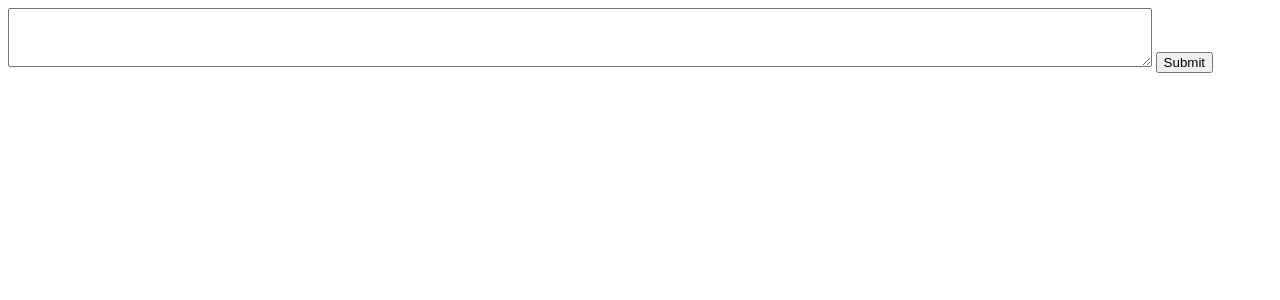
Repository: pixman92/Sounds-per-Letter
Page: index.html
The author's editor kept a copy of each file at every save. The page is drawn from the files as they stood at one save, then again after the next save.
The browser window is 1280 px wide. The pictures show the whole page.

Above is the page before, as saved 2020-04-29 12:52:57.

### index.html
<!DOCTYPE html>
<html>
<head>
    <meta charset='utf-8'>
    <meta http-equiv='X-UA-Compatible' content='IE=edge'>
    <title>Sounds Per Letter</title>
    <meta name='viewport' content='width=device-width, initial-scale=1'>
    <!-- <link rel='stylesheet' type='text/css' media='screen' href='main.css'> -->
    <script src='script.js'></script>
    <script src="howler.js"></script>

    <style>
        #toBeParsed{
            width: 90%;
            height: 4em;
        }
    </style>

</head>
<body>

    <textarea id="toBeParsed"></textarea>
    <button id="parseMe">Submit</button>
</body>
</html>

### script.js
window.onload = ()=>{
  var alphabet =   ["a", "b", "c", "d", "e", "f", "g", "h", "i", "j", "k", "l", "m", "n", "o", "p", "q", "r", "s", "t", "u", "v", "w", "x", "y", "z"];


    if(localStorage.getItem('savedText')){
        document.getElementById('toBeParsed').value = localStorage.getItem('savedText')
    }

    document.getElementById('parseMe').addEventListener('click', ()=>{
        localStoreText();
        splitMe(document.getElementById('toBeParsed').value);
    });


//   var soundPath = './Sounds/Sound-Effects/shortSounds/';
//   var arrayOfSounds = ["AirGunDrill_S08IN.25.wav", "ArrowImpactHuman_S08WA.4.4", "BloodGutsSpill_S08HO.3", "BulletFlyBy_S08WA.18.wav", "BulletFlyBy_S08WA.22.wav", "CatMeow_S08AN.44.wav", "DropSingleDrip_S08WR.47.wav", "DropSingleDrip_S08WR.49.wav", "FireballBurst_S08FI.28.wav", "FleshStab_S08HO.100.wav", "GolfClubSwing_S08SP.410.wav", "HumanGrunt_S08HU.271.wav", "HumanGrunt_S08HU.286.wav", "HumanKiss_S08HU.312.wav", "HumanSigh_S08HU.455.wav", "HumanSlurp_S08HU.465.wav", "ImpactGlass_S08IM.303.wav", "ImpactHumanBody_S08IM.327.wav", "ImpactHumanHit_S08IM.330.wav", "ImpactHumanSmack_S08IM.336.wav", "PinballBumper_S08SP.564.wav", "PinballBumper_S08SP.566.wav", "PREL_HIT WARBLE_PO01.238.wav", "SciFiLaser_S08SF.357.wav", "SciFiWhoosh_S08SF.1684.wav", "SemiTruckHorn_S08IN.866.wav"];


}

autoUnlock = true;


function playMeNow(letter){
    var arrayOfSounds = ["AirGunDrill_S08IN.25.wav", "ArrowImpactHuman_S08WA.4.4", "BloodGutsSpill_S08HO.3", "BulletFlyBy_S08WA.18.wav", "BulletFlyBy_S08WA.22.wav", "CatMeow_S08AN.44.wav", "DropSingleDrip_S08WR.47.wav", "DropSingleDrip_S08WR.49.wav", "FireballBurst_S08FI.28.wav", "FleshStab_S08HO.100.wav", "GolfClubSwing_S08SP.410.wav", "HumanGrunt_S08HU.271.wav", "HumanGrunt_S08HU.286.wav", "HumanKiss_S08HU.312.wav", "HumanSigh_S08HU.455.wav", "HumanSlurp_S08HU.465.wav", "ImpactGlass_S08IM.303.wav", "ImpactHumanBody_S08IM.327.wav", "ImpactHumanHit_S08IM.330.wav", "ImpactHumanSmack_S08IM.336.wav", "PinballBumper_S08SP.564.wav", "PinballBumper_S08SP.566.wav", "PREL_HIT WARBLE_PO01.238.wav", "SciFiLaser_S08SF.357.wav", "SciFiWhoosh_S08SF.1684.wav", "SemiTruckHorn_S08IN.866.wav"];
    var soundPath = './Sounds/Sound-Effects/shortSounds/';

    if(letter=='a'){
        var soundA = new Howl({
            src: [soundPath + arrayOfSounds[0]]
        });

        var idA = soundA.play();
    }

    if(letter=='b'){
        var soundB = new Howl({
            src: [soundPath + arrayOfSounds[1]]
        });
        var idB = soundB.play();

    }

    if(letter=='c'){
        var soundC = new Howl({
            src: [soundPath + arrayOfSounds[2]]
        });
        var idC = soundC.play();

    }
    if(letter=='d'){
        var soundD = new Howl({
            src: [soundPath + arrayOfSounds[3]]
        });
        var idD = soundD.play();

    }
    if(letter=='e'){
        var soundE = new Howl({
            src: [soundPath + arrayOfSounds[4]]
        });
        var idE = soundE.play();

    }
    if(letter=='f'){
        var soundF = new Howl({
            src: [soundPath + arrayOfSounds[5]]
        });
        var idF = soundF.play();

    }
    if(letter=='g'){
        var soundG = new Howl({
            src: [soundPath + arrayOfSounds[6]]
        });
        var idG = soundG.play();

    }
    if(letter=='h'){
        var soundH = new Howl({
            src: [soundPath + arrayOfSounds[7]]
        });
        var idH = soundH.play();

    }
    if(letter=='i'){
        var soundI = new Howl({
            src: [soundPath + arrayOfSounds[8]]
        });
        var idI = soundI.play();

    }
    if(letter=='j'){
        var soundJ = new Howl({
            src: [soundPath + arrayOfSounds[9]]
        });
        var idJ = soundJ.play();

    }
    if(letter=='k'){
        var soundK = new Howl({
            src: [soundPath + arrayOfSounds[10]]
        });
        var idK = soundK.play();

    }
    if(letter=='l'){
        var soundL = new Howl({
            src: [soundPath + arrayOfSounds[11]]
        });
        var idL = soundL.play();

    }
    if(letter=='m'){
        var soundM = new Howl({
            src: [soundPath + arrayOfSounds[12]]
        });
        var idM = soundM.play();

    }
    if(letter=='n'){
        var soundN = new Howl({
            src: [soundPath + arrayOfSounds[13]]
        });
        var idN = soundN.play();

    }
    if(letter=='o'){
        var soundO = new Howl({
            src: [soundPath + arrayOfSounds[14]]
        });
        var idO = soundO.play();

    }
    if(letter=='p'){
        var soundP = new Howl({
            src: [soundPath + arrayOfSounds[15]]
        });
        var idP = soundP.play();

    }
    if(letter=='q'){
        var soundQ = new Howl({
            src: [soundPath + arrayOfSounds[16]]
        });
        var idQ = soundQ.play();

    }
    if(letter=='r'){
        var soundR = new Howl({
            src: [soundPath + arrayOfSounds[17]]
        });
        var idR = soundR.play();

    }
    if(letter=='s'){
        var soundS = new Howl({
            src: [soundPath + arrayOfSounds[18]]
        });
        var idS = soundS.play();

    }
    if(letter=='t'){
        var soundT = new Howl({
            src: [soundPath + arrayOfSounds[19]]
        });
        var idT = soundT.play();

    }
    if(letter=='u'){
        var soundU = new Howl({
            src: [soundPath + arrayOfSounds[20]]
        });
        var idU = soundU.play();

    }
    if(letter=='v'){
        var soundV = new Howl({
            src: [soundPath + arrayOfSounds[21]]
        });
        var idV = soundV.play();

    }
    if(letter=='w'){
        var soundW = new Howl({
            src: [soundPath + arrayOfSounds[22]]
        });
        var idW = soundW.play();

    }
    if(letter=='x'){
        var soundX = new Howl({
            src: [soundPath + arrayOfSounds[23]]
        });
        var idX = soundX.play();

    }
    if(letter=='y'){
        var soundY = new Howl({
            src: [soundPath + arrayOfSounds[24]]
        });
        var idY = soundY.play();

    }
    if(letter=='z'){
        var soundZ = new Howl({
            src: [soundPath + arrayOfSounds[25]]
        });
        var idZ = soundZ.play();

    }


}

//========================================
var splitStr=[];
async function  splitMe(stringMe) {
    splitStr = stringMe.split("");

    console.log('splitStr', splitStr);
    for(var i=0; i<splitStr.length; i++){
        await wait(750).then(()=>{});
        playMeNow(splitStr[i]);

    }

}

function localStoreText(){
    localStorage.setItem("savedText", document.getElementById('toBeParsed').value);
}


//=====================================================
function wait(timout){
    return new Promise(resolve=>setTimeout(resolve, timout));
}

Loaded but not shown: howler.js (2520 lines, source omitted)

After the next save:
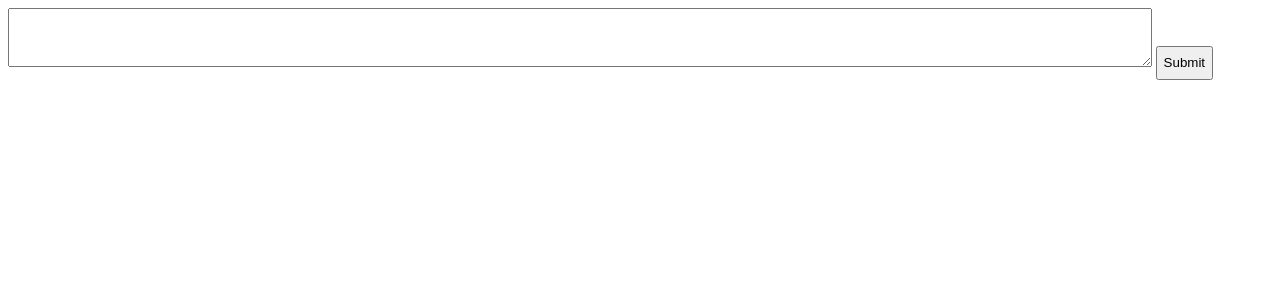
Saved 10 min 6 s later.
--- a/index.html
+++ b/index.html
@@ -14,6 +14,9 @@
             width: 90%;
             height: 4em;
         }
+        #parseMe{
+            height:2.5em;
+          }
     </style>
 
 </head>
